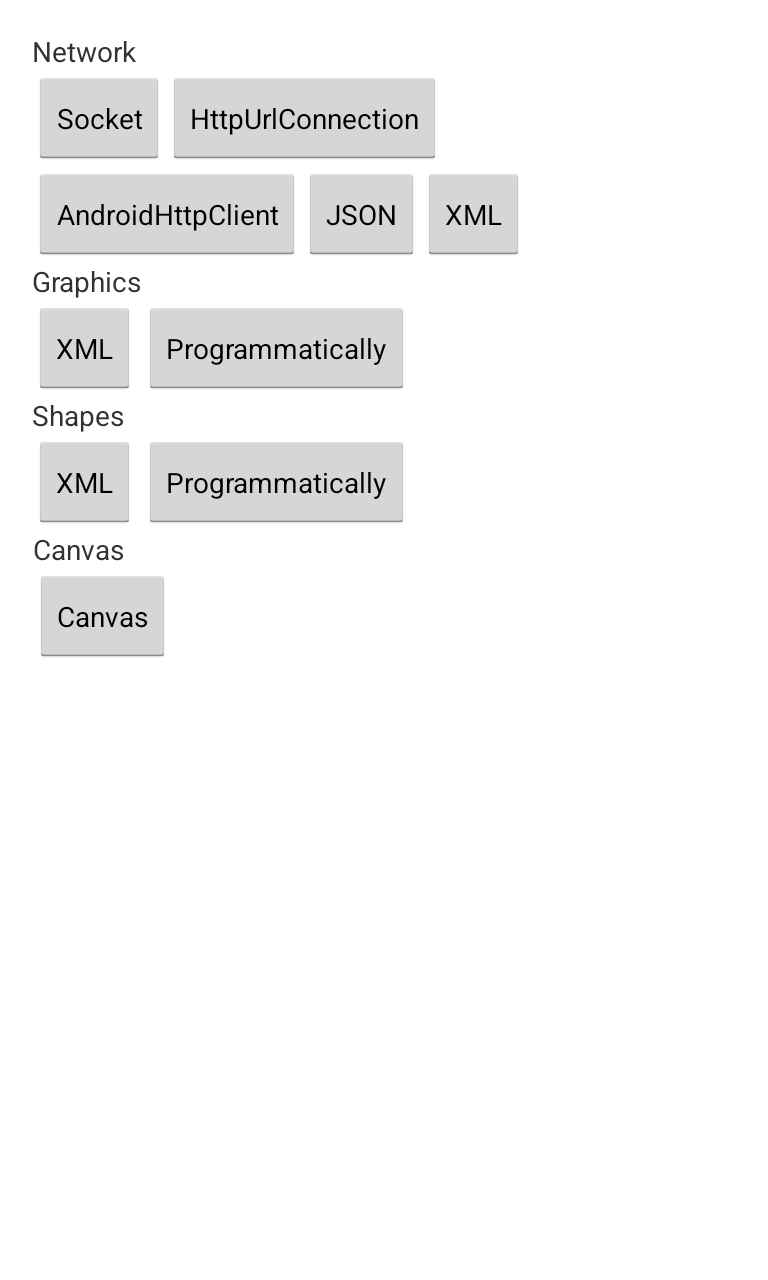
Repository: Amir13/Android_Basic_Steps
Layout: ViewElements4/res/layout/activity_main.xml
An editor plug-in stored every save of this project. The layout is shown before and after the next save, followed by the edit.
It is drawn on a 768 x 1280 px phone screen (xhdpi) without system bars, with theme AppTheme; the app's code is not run.

Above is the layout before, as saved 2014-06-08 21:07:34.

### ViewElements4/res/layout/activity_main.xml
<RelativeLayout xmlns:android="http://schemas.android.com/apk/res/android"
    xmlns:tools="http://schemas.android.com/tools"
    android:layout_width="match_parent"
    android:layout_height="match_parent"
    android:paddingBottom="@dimen/activity_vertical_margin"
    android:paddingLeft="@dimen/activity_horizontal_margin"
    android:paddingRight="@dimen/activity_horizontal_margin"
    android:paddingTop="@dimen/activity_vertical_margin"
    tools:context=".MainActivity" >

    <TextView
        android:id="@+id/textView1"
        android:layout_width="wrap_content"
        android:layout_height="wrap_content"
        android:text="@string/network" />

    <Button
        android:id="@+id/btnSocket"
        style="?android:attr/buttonStyleSmall"
        android:layout_width="wrap_content"
        android:layout_height="wrap_content"
        android:layout_alignParentLeft="true"
        android:layout_below="@+id/textView1"
        android:text="Socket" />

    <Button
        android:id="@+id/btnHttp"
        style="?android:attr/buttonStyleSmall"
        android:layout_width="wrap_content"
        android:layout_height="wrap_content"
        android:layout_alignBaseline="@+id/btnSocket"
        android:layout_alignBottom="@+id/btnSocket"
        android:layout_toRightOf="@+id/btnSocket"
        android:text="HttpUrlConnection" />

    <Button
        android:id="@+id/btnAndroid"
        style="?android:attr/buttonStyleSmall"
        android:layout_width="wrap_content"
        android:layout_height="wrap_content"
        android:layout_alignLeft="@+id/btnSocket"
        android:layout_below="@+id/btnSocket"
        android:text="AndroidHttpClient" />

    <Button
        android:id="@+id/btnJson"
        style="?android:attr/buttonStyleSmall"
        android:layout_width="wrap_content"
        android:layout_height="wrap_content"
        android:layout_alignTop="@+id/btnAndroid"
        android:layout_toRightOf="@+id/btnAndroid"
        android:text="JSON" />

    <Button
        android:id="@+id/btnXml"
        style="?android:attr/buttonStyleSmall"
        android:layout_width="wrap_content"
        android:layout_height="wrap_content"
        android:layout_alignBaseline="@+id/btnJson"
        android:layout_alignBottom="@+id/btnJson"
        android:layout_toRightOf="@+id/btnJson"
        android:text="@string/xml" />

    <Button
        android:id="@+id/btnGraphXml"
        style="?android:attr/buttonStyleSmall"
        android:layout_width="wrap_content"
        android:layout_height="wrap_content"
        android:layout_alignLeft="@+id/textView2"
        android:layout_below="@+id/textView2"
        android:text="@string/xml" />

    <Button
        android:id="@+id/btnGraphProg"
        style="?android:attr/buttonStyleSmall"
        android:layout_width="wrap_content"
        android:layout_height="wrap_content"
        android:layout_alignBaseline="@+id/btnGraphXml"
        android:layout_alignBottom="@+id/btnGraphXml"
        android:layout_toRightOf="@+id/textView2"
        android:text="@string/programmatically" />

    <TextView
        android:id="@+id/textView2"
        android:layout_width="wrap_content"
        android:layout_height="wrap_content"
        android:layout_alignLeft="@+id/btnAndroid"
        android:layout_below="@+id/btnAndroid"
        android:text="@string/title_activity_android_graphics" />

    <TextView
        android:id="@+id/textView3"
        android:layout_width="wrap_content"
        android:layout_height="wrap_content"
        android:layout_alignLeft="@+id/btnGraphXml"
        android:layout_below="@+id/btnGraphXml"
        android:text="@string/title_activity_android_shapes" />

    <Button
        android:id="@+id/btnShapeXml"
        style="?android:attr/buttonStyleSmall"
        android:layout_width="wrap_content"
        android:layout_height="wrap_content"
        android:layout_alignLeft="@+id/textView3"
        android:layout_below="@+id/textView3"
        android:text="@string/xml" />

    <Button
        android:id="@+id/btnShapeProgra"
        style="?android:attr/buttonStyleSmall"
        android:layout_width="wrap_content"
        android:layout_height="wrap_content"
        android:layout_alignBaseline="@+id/btnShapeXml"
        android:layout_alignBottom="@+id/btnShapeXml"
        android:layout_alignLeft="@+id/btnGraphProg"
        android:text="@string/programmatically" />

    <TextView
        android:id="@+id/textView4"
        android:layout_width="wrap_content"
        android:layout_height="wrap_content"
        android:layout_alignRight="@+id/textView3"
        android:layout_below="@+id/btnShapeXml"
        android:text="@string/title_activity_android_canvas" />

    <Button
        android:id="@+id/btnCanvas"
        style="?android:attr/buttonStyleSmall"
        android:layout_width="wrap_content"
        android:layout_height="wrap_content"
        android:layout_alignLeft="@+id/textView4"
        android:layout_below="@+id/textView4"
        android:text="@string/title_activity_android_canvas" />

</RelativeLayout>

### ViewElements4/res/values/strings.xml
<?xml version="1.0" encoding="utf-8"?>
<resources>

    <string name="app_name">ViewElements4</string>
    <string name="action_settings">Settings</string>
    <string name="network">Network</string>
    <string name="title_activity_http_result">HttpResult</string>
    <string name="title_activity_http_url_connection">NetworkHttpUrlConnection</string>
    <string name="title_activity_android_http">NetworkAndroidHttpClient</string>
    <string name="title_activity_android_json">NetworkAndroidJson</string>
    <string name="title_activity_android_xml">NetworkAndroidXml</string>
    <string name="title_activity_android_graphics">Graphics</string>
    <string name="title_activity_android_shapes">Shapes</string>
    <string name="title_activity_android_shapesXml">Shapes</string>
    <string name="title_activity_android_canvas">Canvas</string>
    <string name="http_result">This is the result from http request.</string>
    <string name="textViewRequest">Doing the request.....</string>
    <string name="programmatically">Programmatically</string>
    <string name="xml">XML</string>

</resources>

Loaded but not shown: ViewElements4/res/values/styles.xml (common file); ViewElements4/res/values-v11/styles.xml (common file); ViewElements4/res/values-v14/styles.xml (common file); ViewElements4/res/values/dimens.xml (common file)

After the next save:
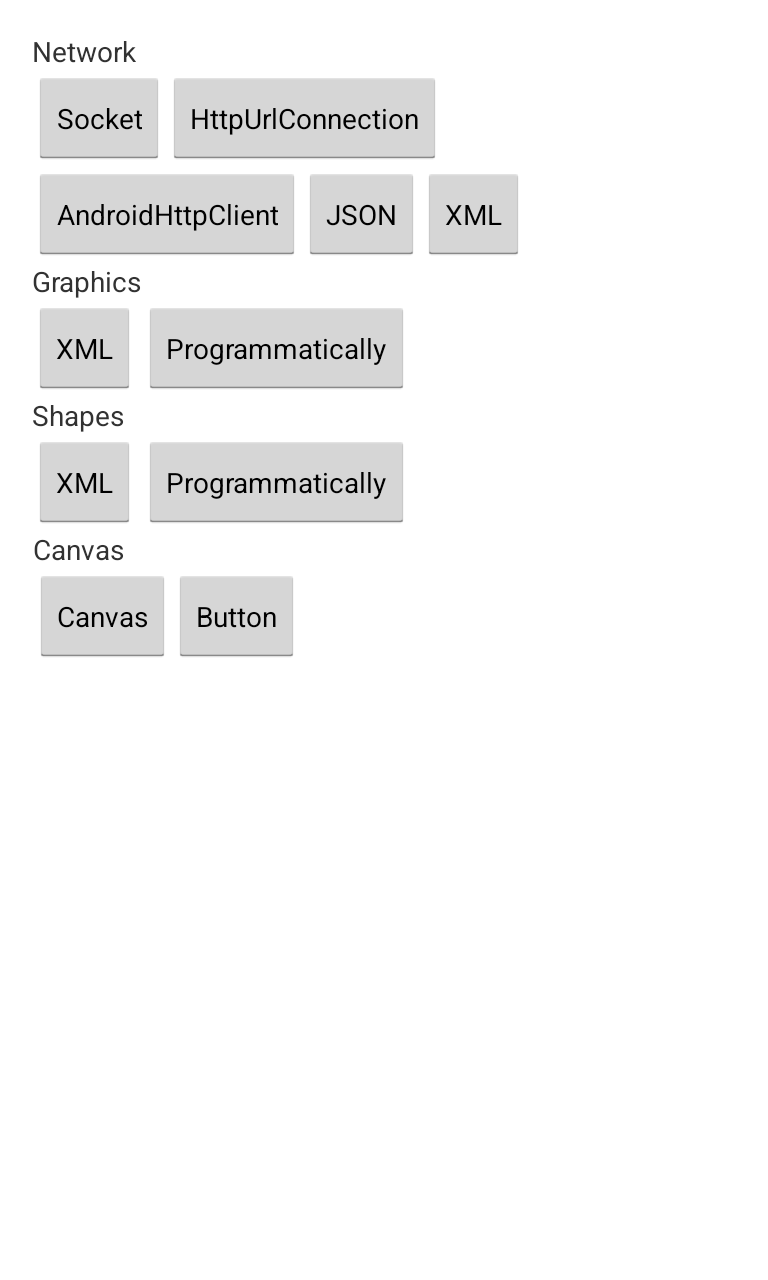
Saved 24 min 12 s later.
--- a/ViewElements4/res/layout/activity_main.xml
+++ b/ViewElements4/res/layout/activity_main.xml
@@ -132,4 +132,13 @@
         android:layout_below="@+id/textView4"
         android:text="@string/title_activity_android_canvas" />
 
+    <Button
+        android:id="@+id/btnSurface"
+        style="?android:attr/buttonStyleSmall"
+        android:layout_width="wrap_content"
+        android:layout_height="wrap_content"
+        android:layout_alignTop="@+id/btnCanvas"
+        android:layout_toRightOf="@+id/btnCanvas"
+        android:text="Button" />
+
 </RelativeLayout>
